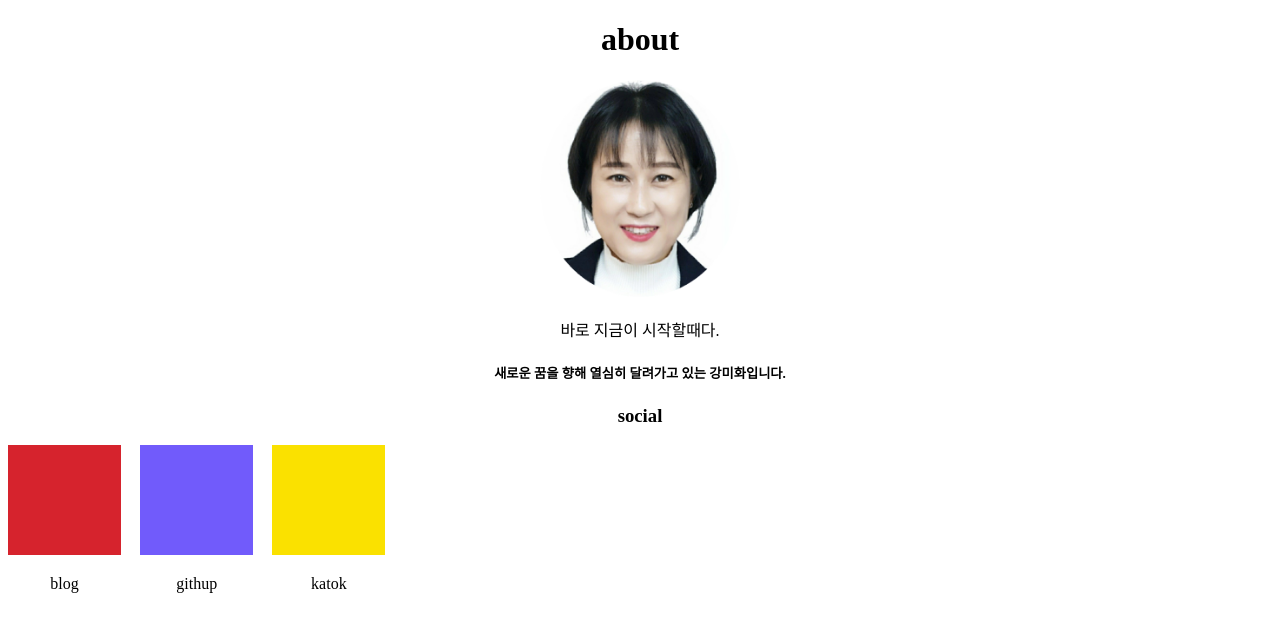
Repository: kmh9964/view
Page: workspace/studyhtml5/src/htmltags03.html
The author's editor kept a copy of each file at every save. The page is drawn from the files as they stood at one save, then again after the next save.
The browser window is 1280 px wide. The pictures show the whole page.

Above is the page before, as saved 2022-12-14 07:54:16.

After the next save:
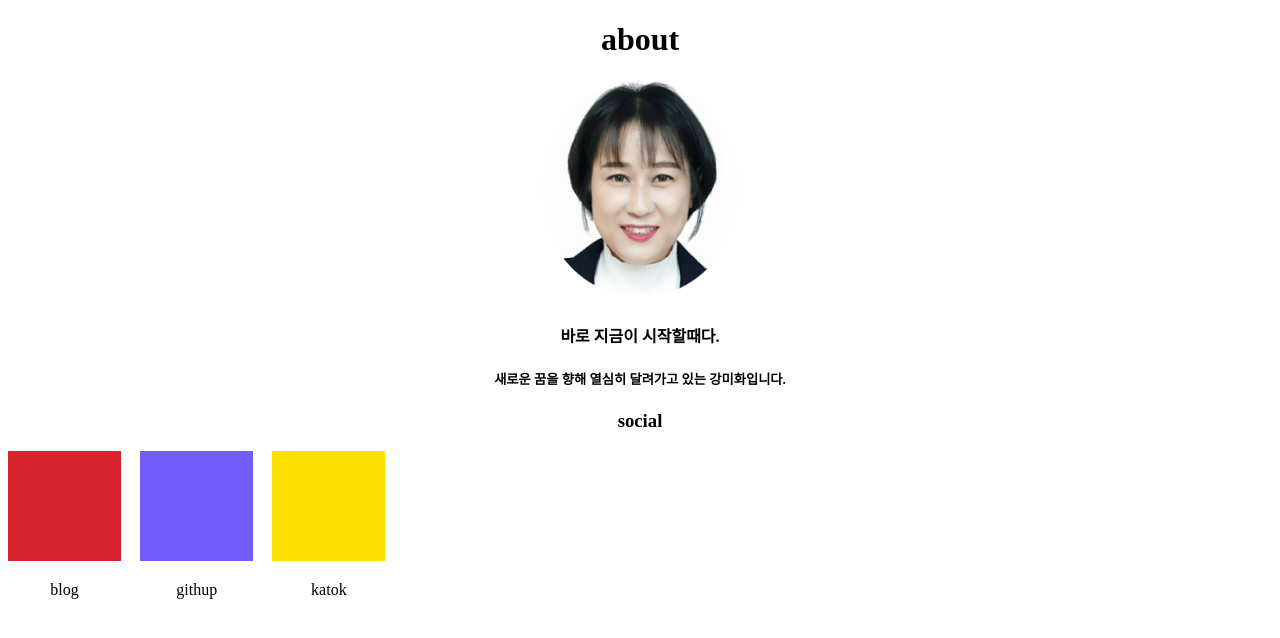
Saved 2 min 14 s later.
--- a/workspace/studyhtml5/src/htmltags03.html
+++ b/workspace/studyhtml5/src/htmltags03.html
@@ -12,7 +12,7 @@
 			속성1: 값1:
 			속성2: 값2:
 		}*/
-		h1,p,h5,h3{
+		h1,h4,h5,h3{
 		text-align:center;
 
 		}
@@ -32,7 +32,7 @@
  	<div class="profile">
  		<img src="images/photo.png" alt="지원자 강미화" width="200">
  	</div>
- 	<p>바로 지금이 시작할때다. </p>
+ 	<h4>바로 지금이 시작할때다. </h4>
  	<h5>새로운 꿈을 향해 열심히 달려가고 있는 강미화입니다. </h5>
  	<h3>social</h3>
  	<div class="icons">
